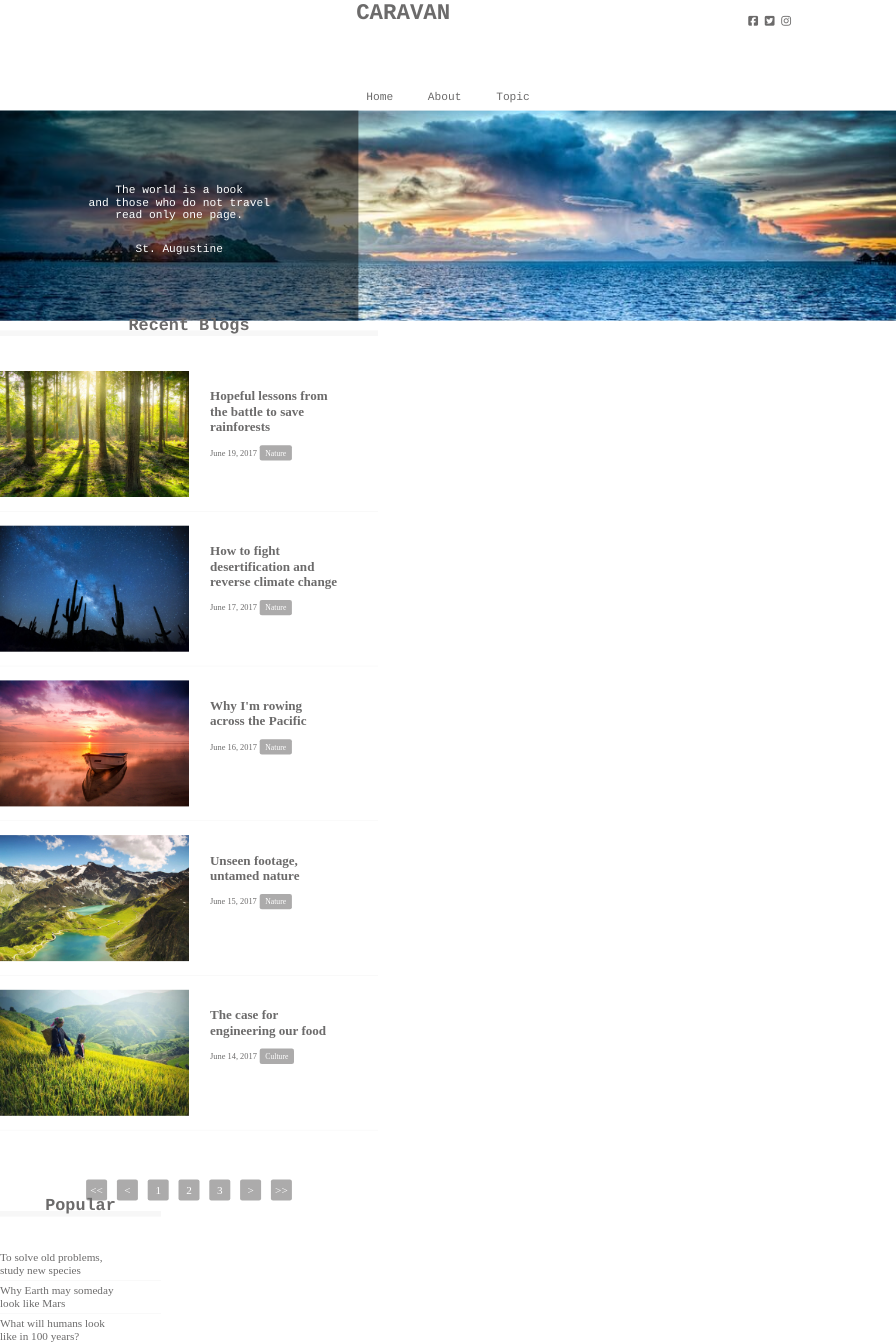
Repository: 220416/kadai1
Page: caravan/index.html
The author's editor kept a record of every edit. The page is drawn from the files as they stood at one moment, then again after the next edit.
The browser window is 1280 px wide. The pictures show the part of the page from y = 0 to 1920 px (the page is 2979 px tall before and 2926 px after), at 70% of full size.
Some web libraries are served in a nearby version.

Above is the page before.

After the next edit:
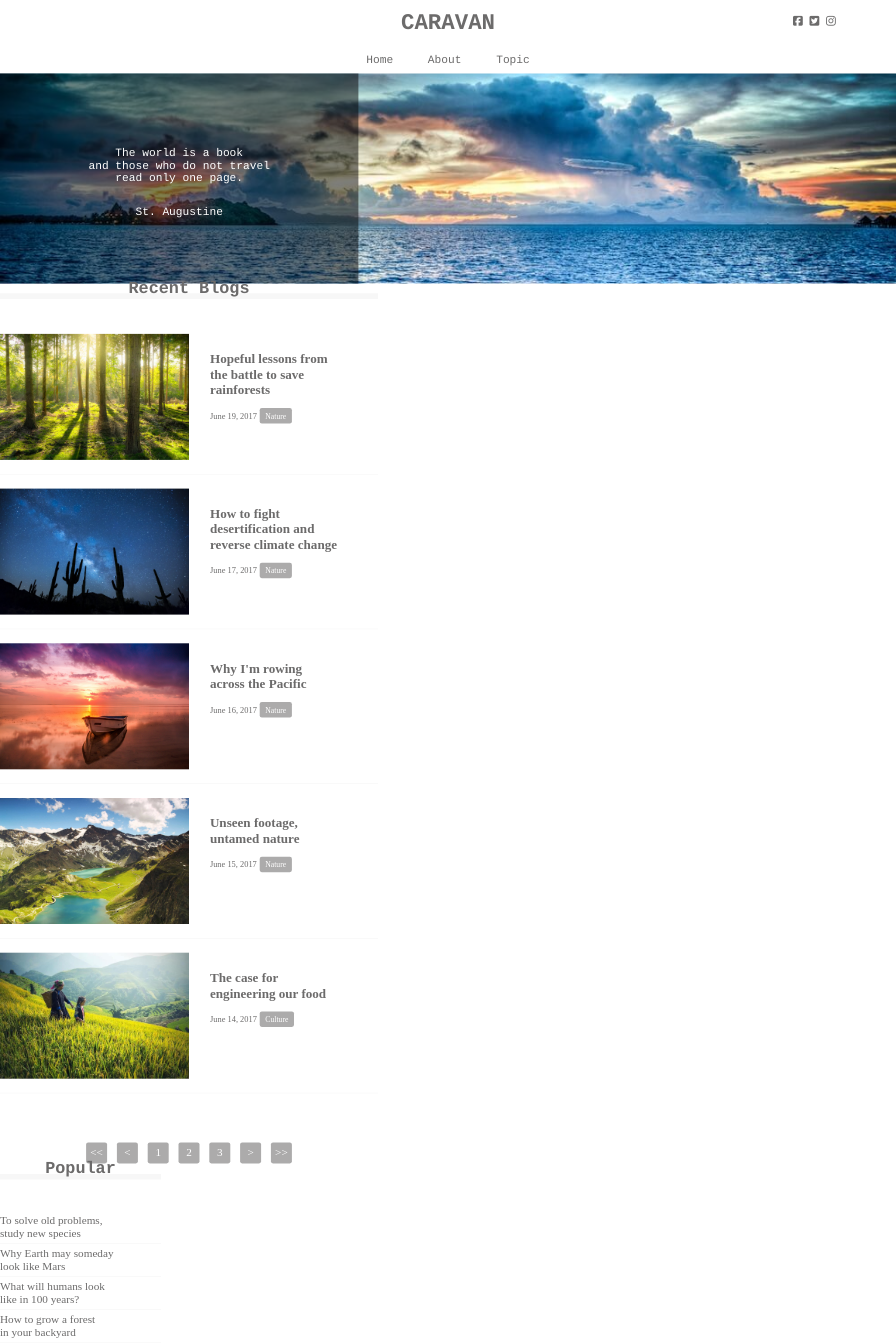
The edit:
--- a/caravan/style.css
+++ b/caravan/style.css
@@ -15,7 +15,8 @@
 
 header{
   width: 90%;
-  height: 120px;
+  padding: 15px 0;
+  margin: 0 auto;
   text-align:center;
   position:relative;
 }
